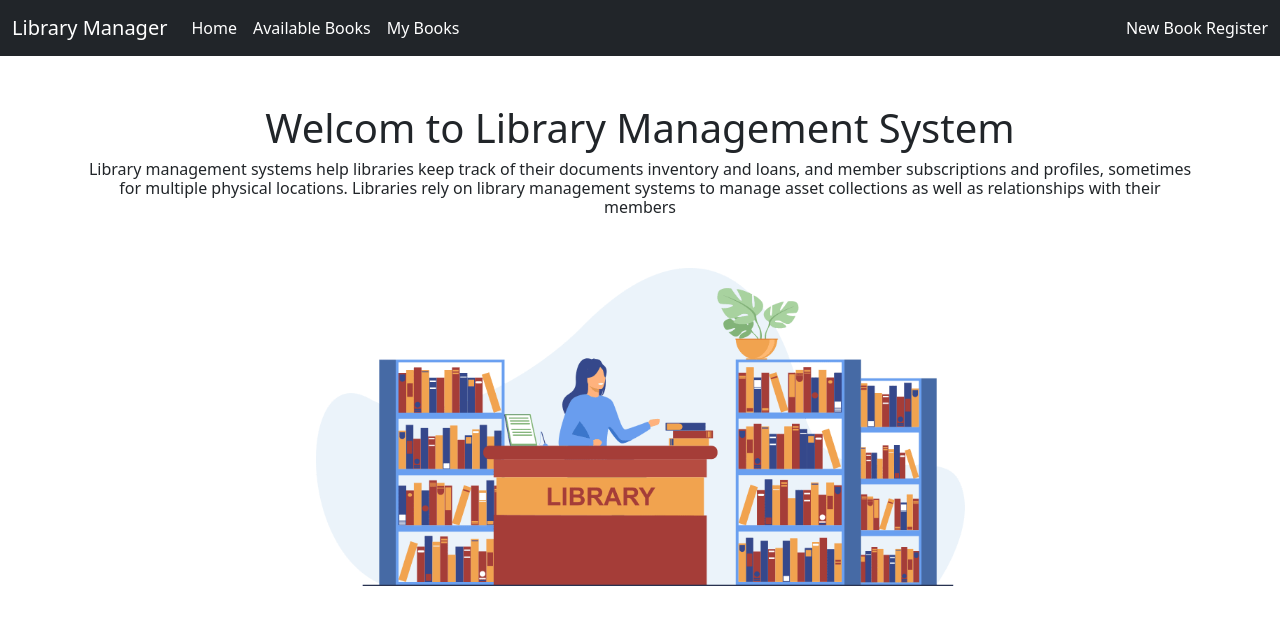
Repository: AkashCoder99/Spring-Libraray-Management
Page: http://localhost/home
These files come from the project's save history. The page is drawn as it stood at one moment and after the next save; the edit follows.
The browser window is 1280 px wide. The pictures show the whole page.
The page is this project's Thymeleaf template; nobody is signed in. The template is opened directly, without the code that normally fills it, so the values that code supplies are empty.

Above is the page before, as saved 2023-05-29 18:35:51.

### bookStore/src/main/resources/templates/home.html
<!doctype html>
<html lang="en" xmlns:th="https://www.thymeleaf.com">

<head>
	<meta charset="utf-8">
	<meta name="viewport" content="width=device-width, initial-scale=1">
	<title>Library Management</title>
	<link href="https://cdn.jsdelivr.net/npm/bootstrap@5.3.0-alpha3/dist/css/bootstrap.min.css" rel="stylesheet"
		integrity="sha384-KK94CHFLLe+nY2dmCWGMq91rCGa5gtU4mk92HdvYe+M/SXH301p5ILy+dN9+nJOZ" crossorigin="anonymous">
</head>

<body>
	<nav class="navbar navbar-expand-lg navbar-light bg-dark">
		<div class="container-fluid">
			<a class="navbar-brand text-white" href="#">Library Manager</a>
			<button class="navbar-toggler" type="button" data-bs-toggle="collapse"
				data-bs-target="#navbarSupportedContent" aria-controls="navbarSupportedContent" aria-expanded="false"
				aria-label="Toggle navigation">
				<span class="navbar-toggler-icon"></span>
			</button>
			<div class="collapse navbar-collapse" id="navbarSupportedContent">
				<ul class="navbar-nav me-auto mb-2 mb-lg-0">
					<li class="nav-item">
						<a class="nav-link active text-white" aria-current="page" href="/">Home</a>
					</li>
					<li class="nav-item">
						<a class="nav-link text-white" href="available_books">Available Books</a>
					</li>
					<li class="nav-item">
						<a class="nav-link text-white" href="my_books">My Books</a>
					</li>
				</ul>
				<div>
					<a class="nav-link text-white" href="book_register">New Book Register</a>
				</div>
			</div>
		</div>
	</nav>

	<div class="container text-center my-5">
		<h1>Welcom to Library Management System</h1>
		<h6>Library management systems help libraries keep track of their documents inventory and loans,
			and member subscriptions and profiles, sometimes for multiple physical locations.
			Libraries rely on library management systems to manage asset collections as well as relationships with their
			members</h6>
		<img src="/images/HomePageLibrary.png" width="700px">
	</div>
	<script src="https://cdn.jsdelivr.net/npm/bootstrap@5.3.0-alpha3/dist/js/bootstrap.bundle.min.js"
		integrity="sha384-ENjdO4Dr2bkBIFxQpeoTz1HIcje39Wm4jDKdf19U8gI4ddQ3GYNS7NTKfAdVQSZe"
		crossorigin="anonymous"></script>
</body>

</html>

After the next save:
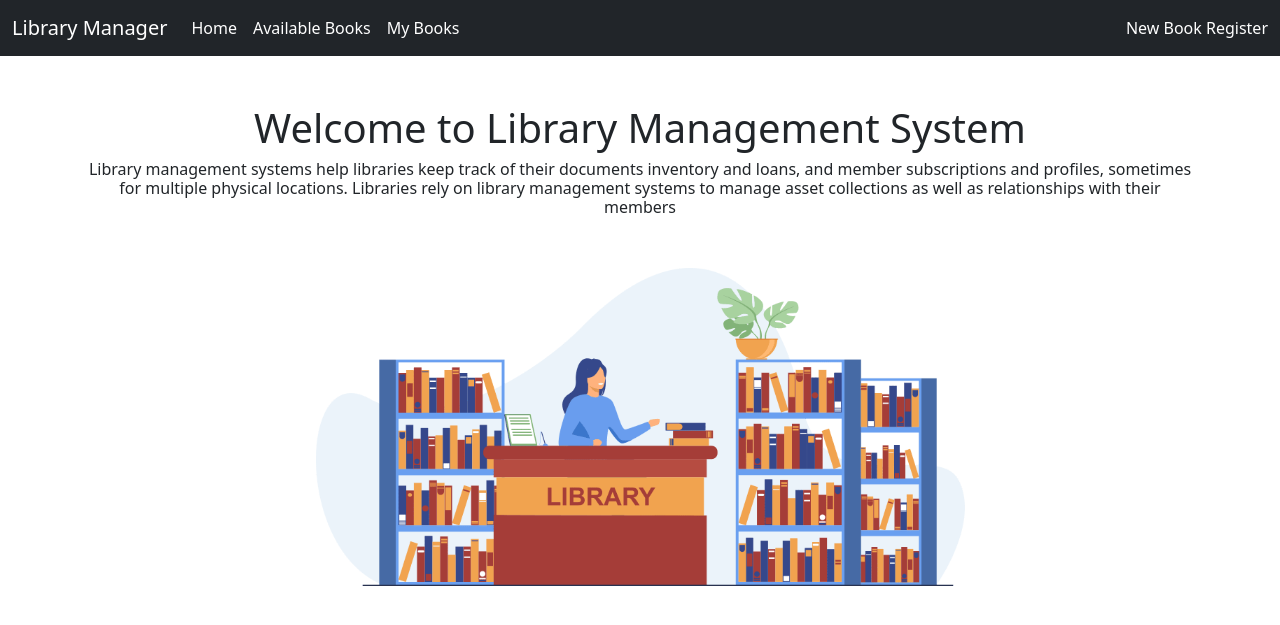
Saved 6 s later.
--- a/bookStore/src/main/resources/templates/home.html
+++ b/bookStore/src/main/resources/templates/home.html
@@ -38,7 +38,7 @@
 	</nav>
 
 	<div class="container text-center my-5">
-		<h1>Welcom to Library Management System</h1>
+		<h1>Welcome to Library Management System</h1>
 		<h6>Library management systems help libraries keep track of their documents inventory and loans,
 			and member subscriptions and profiles, sometimes for multiple physical locations.
 			Libraries rely on library management systems to manage asset collections as well as relationships with their
